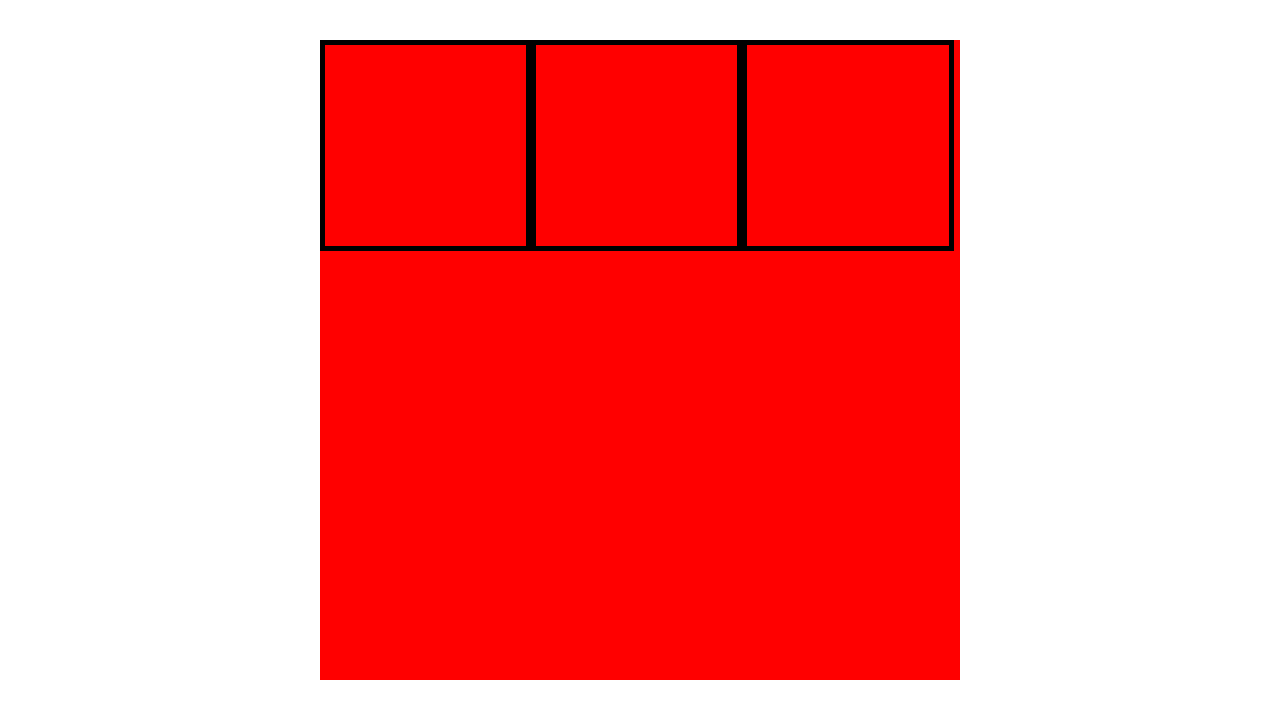
Repository: baumanmilosz/tictactoe
Page: index.html
The author's editor kept a copy of each file at every save. The page is drawn from the files as they stood at one save, then again after the next save.
The browser window is 1280 px wide. The pictures show the whole page.

Above is the page before, as saved 2019-02-21 16:37:09.

After the next save:
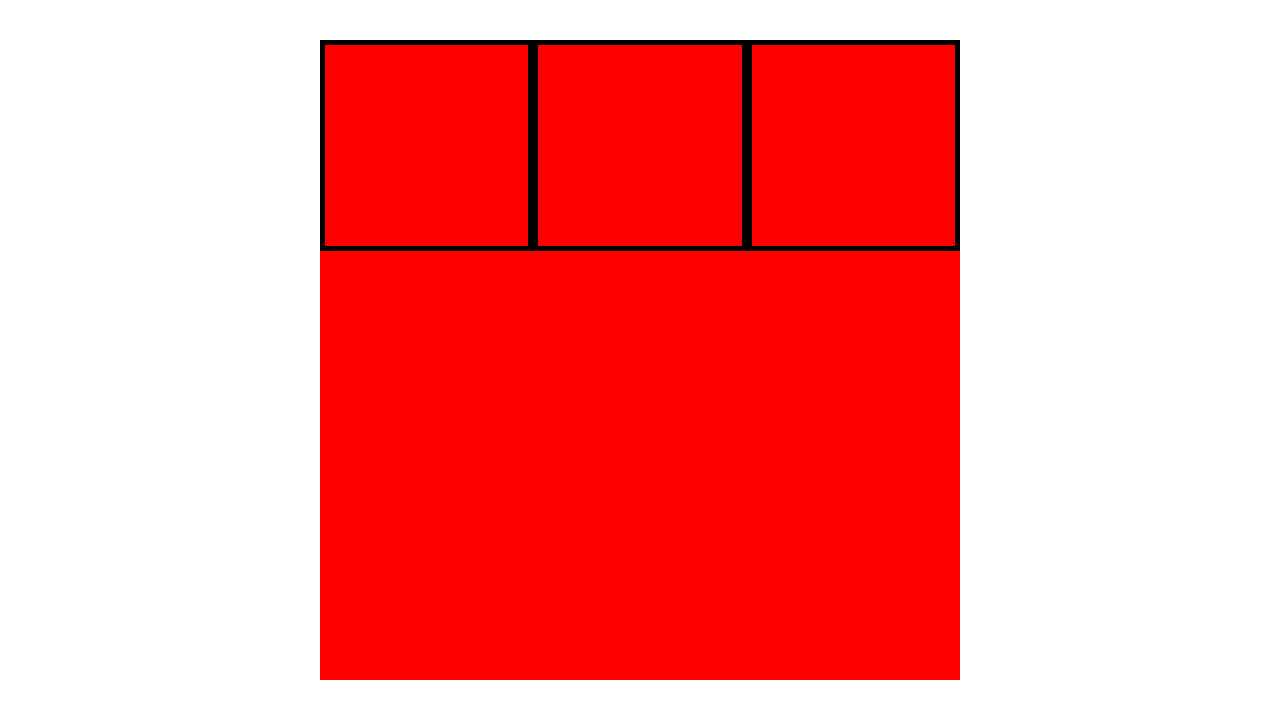
Saved 19 s later.
--- a/style.css
+++ b/style.css
@@ -28,7 +28,7 @@
 }
 
 .row {
-  flex-basis: 33%;
+  flex-basis: 100%;
   height: 33%;
   display: flex;
   border: 5px solid black;
